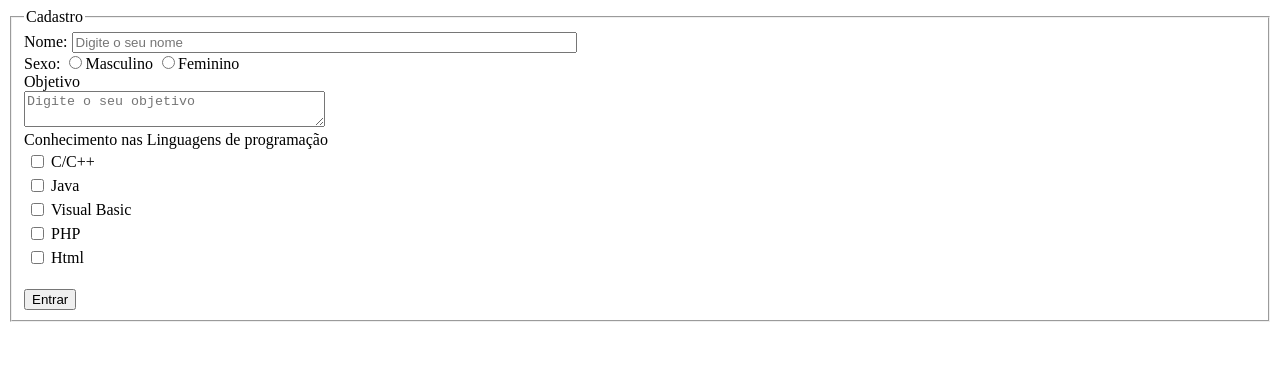
Repository: Lerif/WebServletLearning
Page: http://localhost/WebLearning/
The author's editor kept a copy of each file at every save. The page is drawn from the files as they stood at one save, then again after the next save.
The browser window is 1280 px wide. The pictures show the whole page.
The page is served by Tomcat 9.

Above is the page before, as saved 2016-10-26 13:54:20.

After the next save:
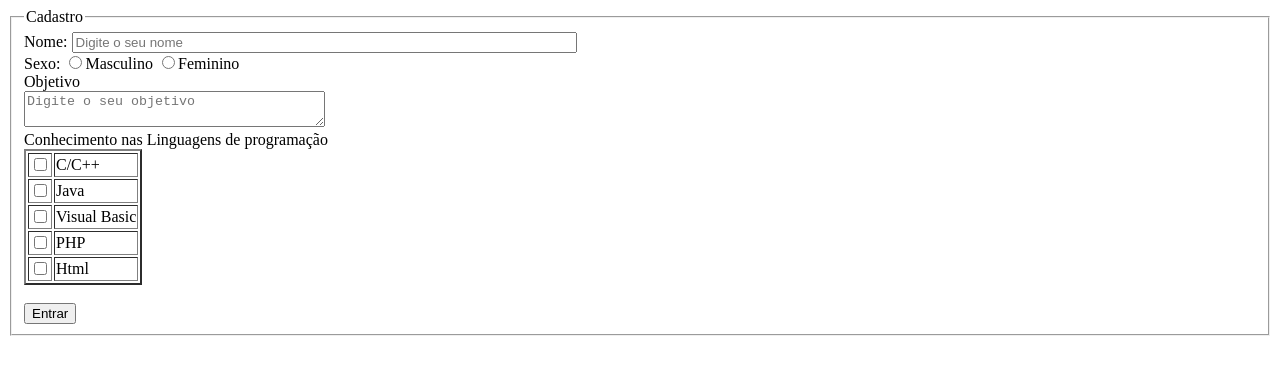
Saved 10 s later.
--- a/WebServelets/WebLearning/WebContent/TryJSP.jsp
+++ b/WebServelets/WebLearning/WebContent/TryJSP.jsp
@@ -26,7 +26,7 @@
 
 			Conhecimento nas Linguagens de programação
 			<br>
-			<table>
+			<table border="2">
 				<tr>
 					<td> <input type="checkbox" id="formation1" name="c" value="0" /> </td>
 					<td>C/C++ </td>
